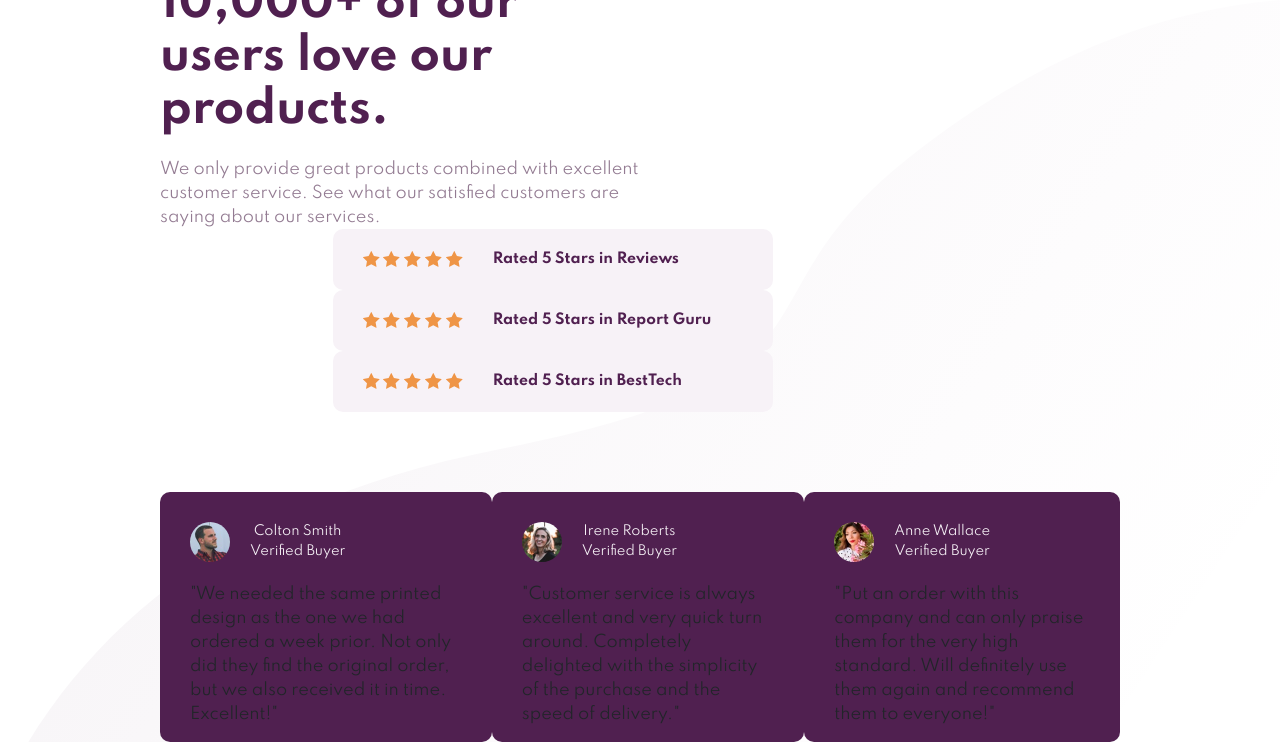
Repository: metehankasapp/social-proof-section-master
Page: index.html
The author's editor kept a copy of each file at every save. The page is drawn from the files as they stood at one save, then again after the next save.
The browser window is 1280 px wide. The pictures show the whole page.
Some web libraries are served in a nearby version.

Above is the page before, as saved 2021-12-05 08:37:54.

### index.html
<!DOCTYPE html>
<html lang="en">

<head>
  <meta charset="UTF-8" />
  <meta name="viewport" content="width=device-width, initial-scale=1.0" />

  <title>Frontend Mentor | Social proof section</title>
  <link rel="preconnect" href="https://fonts.googleapis.com" />
  <link rel="preconnect" href="https://fonts.gstatic.com" crossorigin />
  <link href="https://fonts.googleapis.com/css2?family=Spartan:wght@100;200;300;400;500;600;700;800;900&display=swap"
    rel="stylesheet" />
  <link href="https://cdn.jsdelivr.net/npm/bootstrap@5.1.3/dist/css/bootstrap.min.css" rel="stylesheet"
    integrity="sha384-1BmE4kWBq78iYhFldvKuhfTAU6auU8tT94WrHftjDbrCEXSU1oBoqyl2QvZ6jIW3" crossorigin="anonymous" />
  <link rel="stylesheet" href="style.css" />
</head>

<body>
  <div class="main-ctr">
    <div class="w-100 row p-0 header-ctr">
      <div class="col-12 col-lg-6 header-area">
        <div class="header-purple">
          <h5>10,000+ of our users love our products.</h5>
        </div>

        <p class="m-0 header-text">
          We only provide great products combined with excellent customer
          service. See what our satisfied customers are saying about our
          services.
        </p>
      </div>

      <div class="
            col-12 col-lg-6
            second-col
            d-flex
            justify-content-between
            align-items-baseline
            flex-column
          ">
        <div class="rate-container">
          <div class="stars">
            <img src="images/icon-star.svg" alt="" />
            <img src="images/icon-star.svg" alt="" />

            <img src="images/icon-star.svg" alt="" />
            <img src="images/icon-star.svg" alt="" />
            <img src="images/icon-star.svg" alt="" />
          </div>
          <p class="m-0">Rated 5 Stars in Reviews</p>
        </div>
        <div class="rate-container">
          <div class="stars">
            <img src="images/icon-star.svg" alt="" />
            <img src="images/icon-star.svg" alt="" />

            <img src="images/icon-star.svg" alt="" />
            <img src="images/icon-star.svg" alt="" />
            <img src="images/icon-star.svg" alt="" />
          </div>
          <p class="m-0">Rated 5 Stars in Report Guru</p>
        </div>
        <div class="rate-container">
          <div class="stars">
            <img src="images/icon-star.svg" alt="" />
            <img src="images/icon-star.svg" alt="" />

            <img src="images/icon-star.svg" alt="" />
            <img src="images/icon-star.svg" alt="" />
            <img src="images/icon-star.svg" alt="" />
          </div>
          <p class="m-0">Rated 5 Stars in BestTech</p>
        </div>
      </div>
    </div>

    <div class="
          w-100
          m-0
          p-0
          d-flex
          flex-column flex-lg-row
          justify-content-between
          align-items-baseline
        ">
      <div class="card-item">
        <div class="card-headerr d-flex flex-row">
          <div class="card-img">
            <img src="images/image-colton.jpg" alt="" />
          </div>
          <div class="card-text">
            <p class="card-fs">Colton Smith</p>
            <p class="card-job">Verified Buyer</p>
          </div>
        </div>
        <div class="card-second">
          <p>
            "We needed the same printed design as the one we had ordered a
            week prior. Not only did they find the original order, but we also
            received it in time. Excellent!"
          </p>
        </div>
      </div>

      <div class="card-item">
        <div class="card-headerr">
          <div class="card-img">
            <img src="images/image-irene.jpg" alt="" />
          </div>
          <div class="card-text">
            <p class="card-fs">Irene Roberts</p>
            <p class="card-job">Verified Buyer</p>
          </div>
        </div>
        <div class="card-second">
          <p>
            "Customer service is always excellent and very quick turn around.
            Completely delighted with the simplicity of the purchase and the
            speed of delivery."
          </p>
        </div>
      </div>

      <div class="card-item">
        <div class="card-headerr">
          <div class="card-img">
            <img src="images/image-anne.jpg" alt="" />
          </div>
          <div class="card-text">
            <p class="card-fs">Anne Wallace</p>
            <p class="card-job">Verified Buyer</p>
          </div>
        </div>
        <div class="card-second">
          <p>
            "Put an order with this company and can only praise them for the
            very high standard. Will definitely use them again and recommend
            them to everyone!"
          </p>
        </div>
      </div>
    </div>
  </div>

  <script src="https://cdn.jsdelivr.net/npm/bootstrap@5.1.3/dist/js/bootstrap.bundle.min.js"
    integrity="sha384-ka7Sk0Gln4gmtz2MlQnikT1wXgYsOg+OMhuP+IlRH9sENBO0LRn5q+8nbTov4+1p" crossorigin="anonymous">
  </script>
  <script src="https://cdn.jsdelivr.net/npm/@popperjs/core@2.10.2/dist/umd/popper.min.js"
    integrity="sha384-7+zCNj/IqJ95wo16oMtfsKbZ9ccEh31eOz1HGyDuCQ6wgnyJNSYdrPa03rtR1zdB" crossorigin="anonymous">
  </script>
  <script src="https://cdn.jsdelivr.net/npm/bootstrap@5.1.3/dist/js/bootstrap.min.js"
    integrity="sha384-QJHtvGhmr9XOIpI6YVutG+2QOK9T+ZnN4kzFN1RtK3zEFEIsxhlmWl5/YESvpZ13" crossorigin="anonymous">
  </script>
</body>

</html>

### style.css
* {
  margin: 0;
  padding: 0;
  box-sizing: border-box;
}

html {
  font-size: 10px;
}

body {
  background-image: url("images/bg-pattern-bottom-desktop.svg");
  background-size: cover;
  height: 100vh;
  font-size: 1.6rem;
  font-family: "Spartan", sans-serif;
  display: flex;
  justify-content: center;
  align-items: center;

  padding: 12rem 16rem;
}

.second-col {
  padding-left: 100px;
}
.header-ctr {
  margin-bottom: 8rem;
}

.header-area {
  width: 500px;
}
.header-purple h5 {
  font-weight: 700;
  font-size: 44px;
  color: hsl(300, 43%, 22%);
  margin-bottom: 2rem;
}

.header-text {
  font-size: 16px;
  color: hsl(303, 10%, 53%);
}

.rate-container {
  color: hsl(300, 43%, 22%);
  font-weight: 700;
  padding: 2rem 3rem;
  background-color: hsl(300, 24%, 96%);
  font-size: 14px;
  border-radius: 10px;
  width: 440px;
  display: flex;
  justify-content: baseline;
  align-items: baseline;
}

.rate-container:nth-child(2) {
  margin-left: 4rem;
}
.rate-container:nth-child(3) {
  margin-left: 8rem;
}

.stars {
  margin-right: 3rem;
}

.card-item {
  background-color: hsl(300, 43%, 22%);
  border-radius: 10px;
  padding: 3rem;
  max-width: 350px;
  height: 250px;
}

.card-headerr {
  display: flex;
  flex-direction: row;
  align-items: center;
  justify-content: baseline;
  margin-bottom: 2rem;

}

.card-img {
  display: inline-block;
  width: 40px !important;
}

.card-item img {
  width: 40px;
  border-radius: 50%;
}

.card-text {
  margin-left: 2rem;
  display: flex;
  flex-direction: column;
  justify-content: center;
  align-items: center;
}
.card-fs {
  color: hsl(300, 24%, 96%);
  font-size: 13px;
  margin-bottom: 0;
}

.card-job {
  color: hsl(300, 24%, 96%);
  font-size: 13px;
  margin-bottom: 0;
}

After the next save:
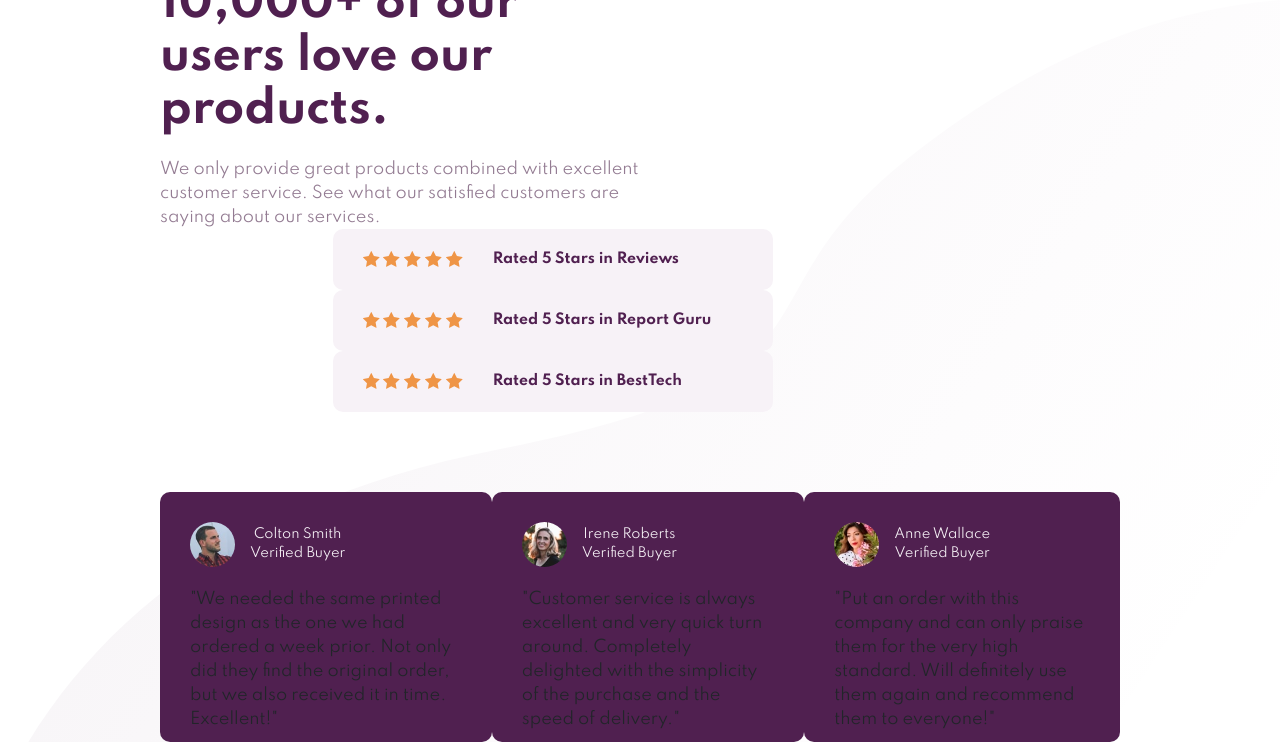
Saved 12 s later.
--- a/style.css
+++ b/style.css
@@ -90,7 +90,7 @@ body {
 }
 
 .card-item img {
-  width: 40px;
+  width: 45px;
   border-radius: 50%;
 }
 
